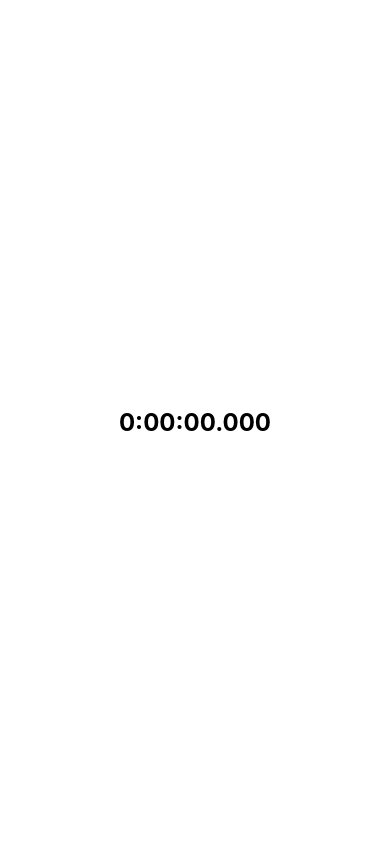
Repository: Shopify/eng-intern-assessment-react-native
Screen: /
An editor plug-in stored every save of this project. The screen is shown before and after the next save, followed by the edit.
The app was drawn by React Native's web renderer in a window 390 px wide. The project was rebuilt for these pictures with package versions that can differ from the ones it lists, and the page was loaded fresh each time.

Above is the screen before, as saved 2024-01-13 12:06:34.

### App.tsx
import { StatusBar } from 'expo-status-bar';
import { StyleSheet, Text, View } from 'react-native';
import StopWatch from './src/StopWatch';

export default function App() {
  return (
    <View style={styles.container}>
      <StopWatch></StopWatch>
      <StatusBar style="auto" />
    </View>
  );
}

const styles = StyleSheet.create({
  container: {
    flex: 1,
    backgroundColor: '#fff',
    alignItems: 'center',
    justifyContent: 'center',
  },
});

### src/StopWatch.tsx
import React, { useState, useEffect } from 'react';
import { Text, View, StyleSheet } from 'react-native';
import StopWatchButton from './StopWatchButton';

const StopWatch = () => {
  const [isRunning, setIsRunning] = useState(false);
  const [timeElapsed, setTimeElapsed] = useState(0);
  const [laps, setLaps] = useState<number[]>([]);

  useEffect(() => {
    let interval: ReturnType<typeof setInterval>;
    if (isRunning) {
      interval = setInterval(() => {
        setTimeElapsed(prevTime => prevTime + 10); // Increment every 10 milliseconds
      }, 10);
    }
    return () => clearInterval(interval);
  }, [isRunning]);

  const handleStartStop = () => {
    setIsRunning(!isRunning);
  };

  const handleLap = () => {
    setLaps([...laps, timeElapsed]);
  };

  const handleReset = () => {
    setIsRunning(false);
    setTimeElapsed(0);
    setLaps([]);
  };

  const formatTime = (milliseconds: number) => {
    const hours = Math.floor(milliseconds / 3600000); // 1 Hour = 3600000 Milliseconds
    const minutes = Math.floor((milliseconds % 3600000) / 60000); // 1 Minute = 60000 Milliseconds
    const seconds = Math.floor((milliseconds % 60000) / 1000); // 1 Second = 1000 Milliseconds
    const millis = milliseconds % 1000;

    return `${hours}:${minutes.toString().padStart(2, '0')}:${seconds.toString().padStart(2, '0')}.${millis.toString().padStart(3, '0')}`;
  };

  return (
    <View style={styles.container}>
      <Text style={styles.timerText}>{formatTime(timeElapsed)}</Text>
      {laps.map((lap, index) => (
        <Text key={index} style={styles.lapText}>{`Lap ${index + 1}: ${formatTime(lap)}`}</Text>
      ))}
      {/* ... [Buttons layout code] */}
    </View>
  );
};

const styles = StyleSheet.create({
  container: {
    flex: 1,
    alignItems: 'center',
    justifyContent: 'center',
  },
  timerText: {
    fontSize: 24,
    fontWeight: 'bold',
  },
  lapText: {
    fontSize: 16,
  },
  buttonContainer: {
    flexDirection: 'row', // This will arrange buttons side by side
    justifyContent: 'space-around',
    width: '50%', // Adjust as needed
    marginTop: 20,
  },
});

export default StopWatch;

### src/StopWatchButton.tsx
import React from 'react';
import { Button, View } from 'react-native';

type Props = {
  title: string;
  onPress: () => void;
};

const StopWatchButton: React.FC<Props> = ({ title, onPress }) => {
  return (
    <View>
      <Button title={title} onPress={onPress} />
    </View>
  );
};

export default StopWatchButton;

After the next save:
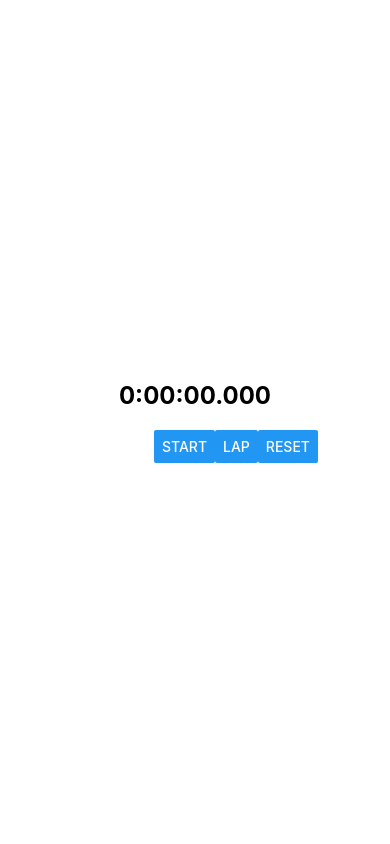
Saved 13 s later.
--- a/src/StopWatch.tsx
+++ b/src/StopWatch.tsx
@@ -46,7 +46,11 @@ const StopWatch = () => {
       {laps.map((lap, index) => (
         <Text key={index} style={styles.lapText}>{`Lap ${index + 1}: ${formatTime(lap)}`}</Text>
       ))}
-      {/* ... [Buttons layout code] */}
+      <View style={styles.buttonContainer}>
+        <StopWatchButton title={isRunning ? "Stop" : "Start"} onPress={handleStartStop} />
+        <StopWatchButton title="Lap" onPress={handleLap} />
+        <StopWatchButton title="Reset" onPress={handleReset} />
+      </View>
     </View>
   );
 };
